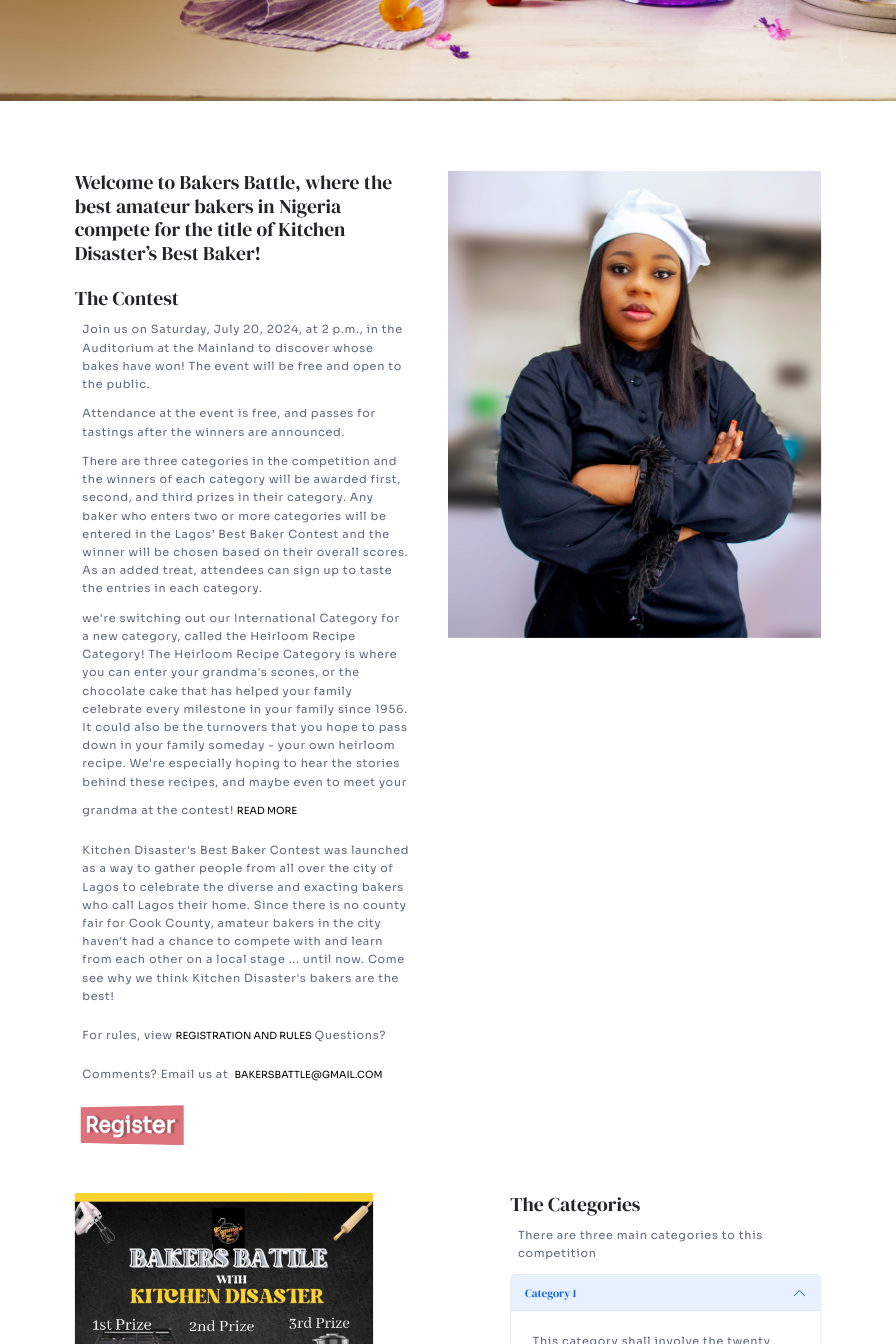
Repository: sarahnnanyelugo/bakers-battle
Page: /
An editor plug-in stored every save of this project. The page is shown before and after the next save, followed by the edit.
The browser window is 1280 px wide. The pictures show the part of the page from y = 596 to 2516 px (the page is 4450 px tall before and 3727 px after), at 70% of full size.
The project was rebuilt for these pictures with package versions that can differ from the ones it lists, and the page was loaded fresh each time. Also part of the build but not shown: src/components/ScreenSlide/slide.scss, src/components/ScreenSlide/ScreenSlide.js, src/pages/FAQ/FAQ.js.

Above is the page before, as saved 2024-07-09 22:26:14.

After the next save:
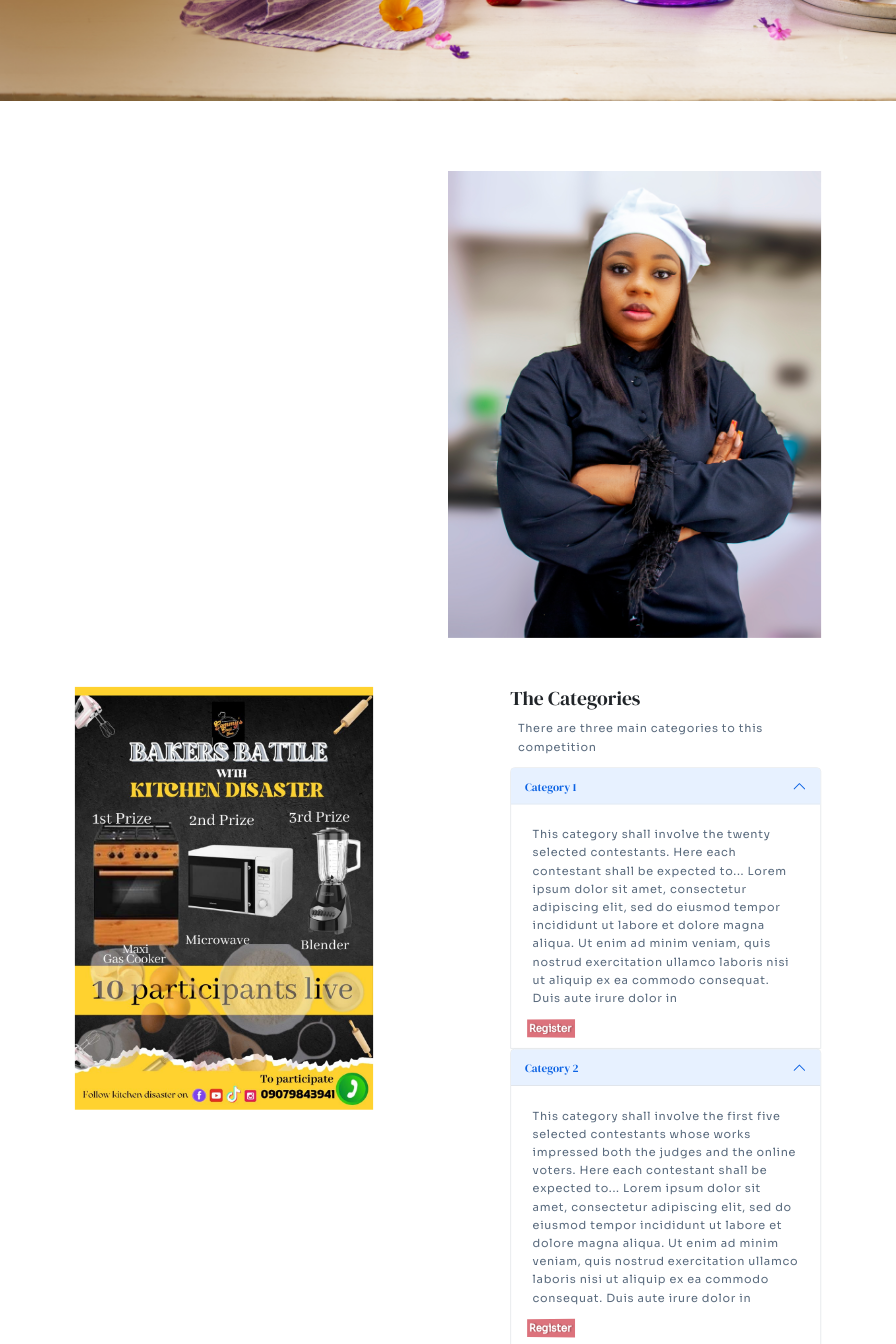
Saved 2 min 30 s later.
--- a/src/pages/Home/Home.js
+++ b/src/pages/Home/Home.js
@@ -19,7 +19,7 @@
       {/* <ScreenSlide /> */}
       <div className="d-md-flex about-div col-md-10 offset-md-1">
         <div className="col-md-6">
-          <div className="col-md-11">
+          {/* <div className="col-md-11">
             {" "}
             <h3>
               Welcome to Bakers Battle, where the best amateur bakers in Nigeria
@@ -82,7 +82,7 @@
                 Register
               </button>
             </Link>
-          </div>
+          </div> */}
         </div>
         <div className="col-md-6">
           <img src={Host} width="100%" />
